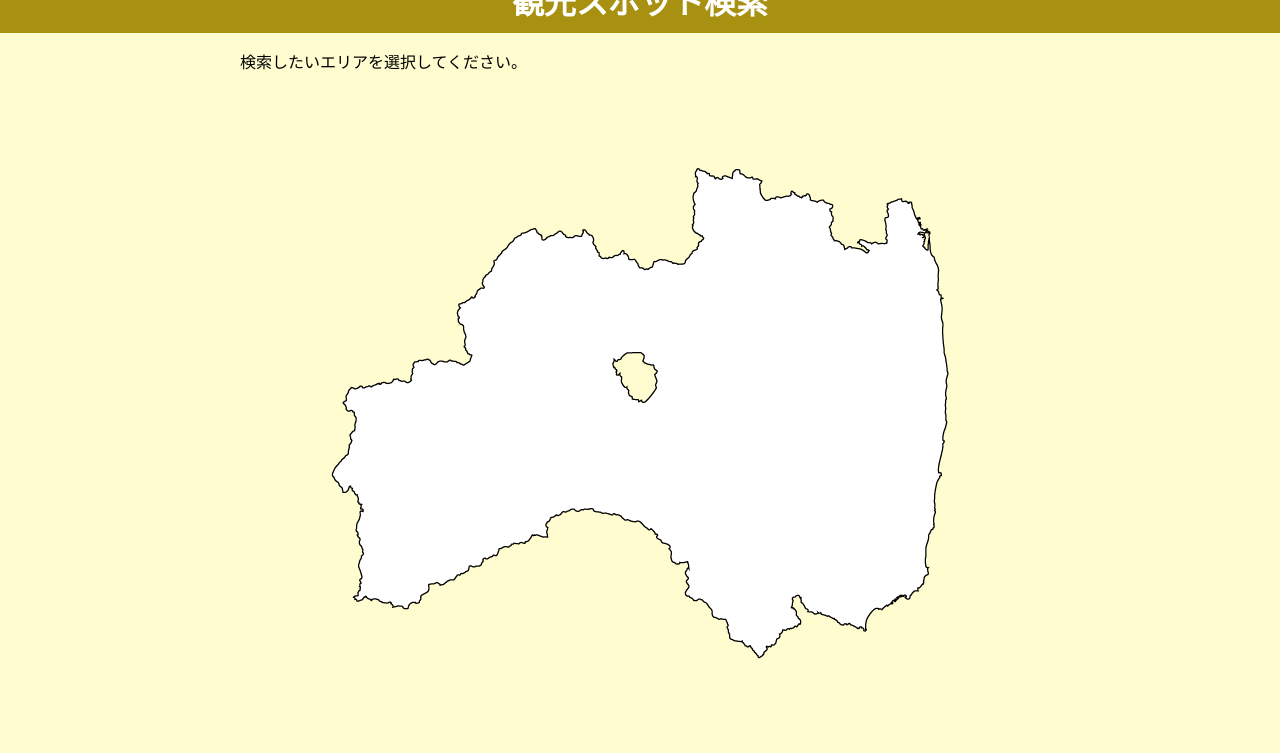
Repository: ryoutana/tanaryou.github.io
Page: Downloads/project/index.html
An editor plug-in stored every save of this project. The page is shown before and after the next save, followed by the edit.
The browser window is 1280 px wide. The pictures show the whole page.

Above is the page before, as saved 2025-04-29 15:01:36.

After the next save:
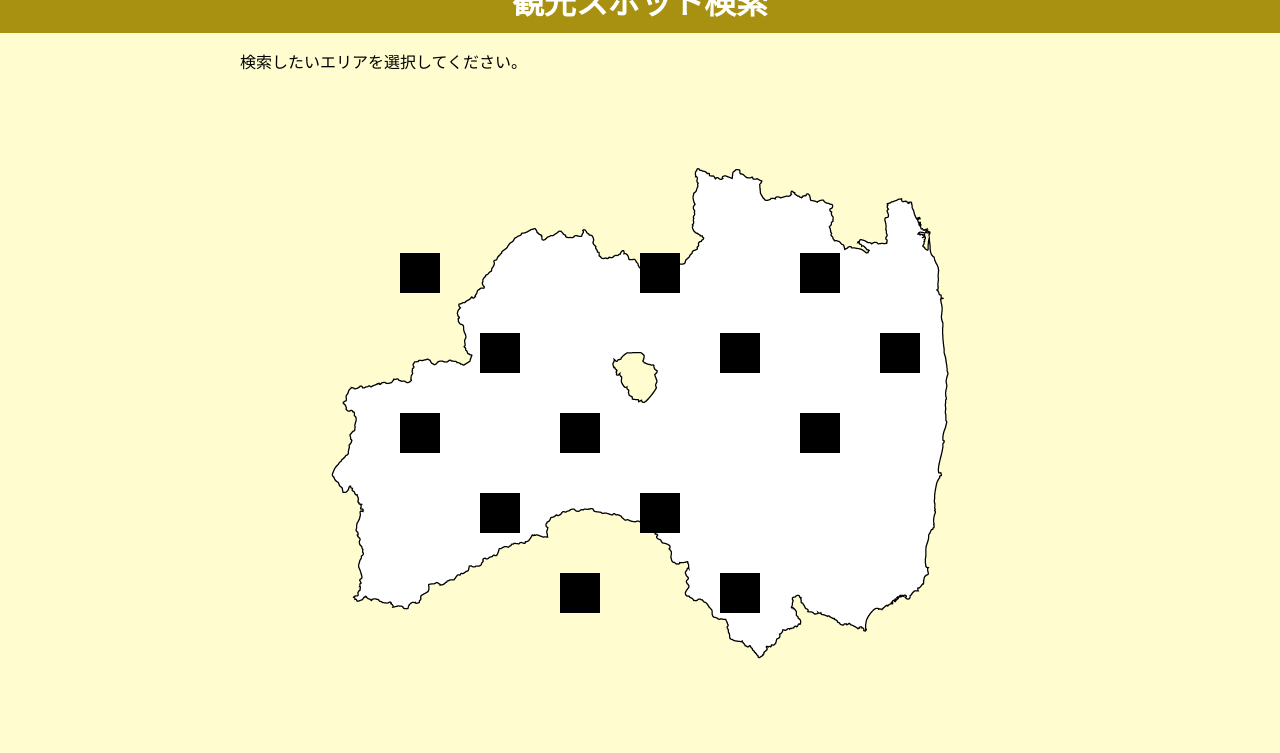
Saved 102 s later.
--- a/Downloads/project/index.html
+++ b/Downloads/project/index.html
@@ -15,7 +15,34 @@
             <p id="introText">検索したいエリアを選択してください。</p>
             <div id="mapContainer">
                 <img id="introImage" src="福島県白地図.png" alt="福島県の地図">
-                <div id="spotContainer"></div>
+                <svg id="spotContainer" xmlns="http://www.w3.org/2000/svg" viewBox="0 0 800 600">
+                    <!-- 会津坂下町 -->
+                    <path id="aizubange" d="M100,100 L150,100 L150,150 L100,150 Z" />
+                    <!-- 会津若松市 -->
+                    <path id="aizuwakamatsu" d="M200,200 L250,200 L250,250 L200,250 Z" />
+                    <!-- 会津美里町 -->
+                    <path id="aizumisato" d="M300,300 L350,300 L350,350 L300,350 Z" />
+                    <!-- 喜多方市 -->
+                    <path id="kitakata" d="M400,400 L450,400 L450,450 L400,450 Z" />
+                    <!-- 金山町 -->
+                    <path id="kaneyama" d="M500,500 L550,500 L550,550 L500,550 Z" />
+                    <!-- 三島町 -->
+                    <path id="mishima" d="M600,100 L650,100 L650,150 L600,150 Z" />
+                    <!-- 昭和村 -->
+                    <path id="showa" d="M700,200 L750,200 L750,250 L700,250 Z" />
+                    <!-- 西会津町 -->
+                    <path id="nishiaizu" d="M100,300 L150,300 L150,350 L100,350 Z" />
+                    <!-- 猪苗代町 -->
+                    <path id="inawashiro" d="M200,400 L250,400 L250,450 L200,450 Z" />
+                    <!-- 湯川村 -->
+                    <path id="yugawa" d="M300,500 L350,500 L350,550 L300,550 Z" />
+                    <!-- 磐梯町 -->
+                    <path id="bandai" d="M400,100 L450,100 L450,150 L400,150 Z" />
+                    <!-- 北塩原村 -->
+                    <path id="kitashiobara" d="M500,200 L550,200 L550,250 L500,250 Z" />
+                    <!-- 柳津町 -->
+                    <path id="yanaizu" d="M600,300 L650,300 L650,350 L600,350 Z" />
+                </svg>
             </div>
         </section>
     </main>
